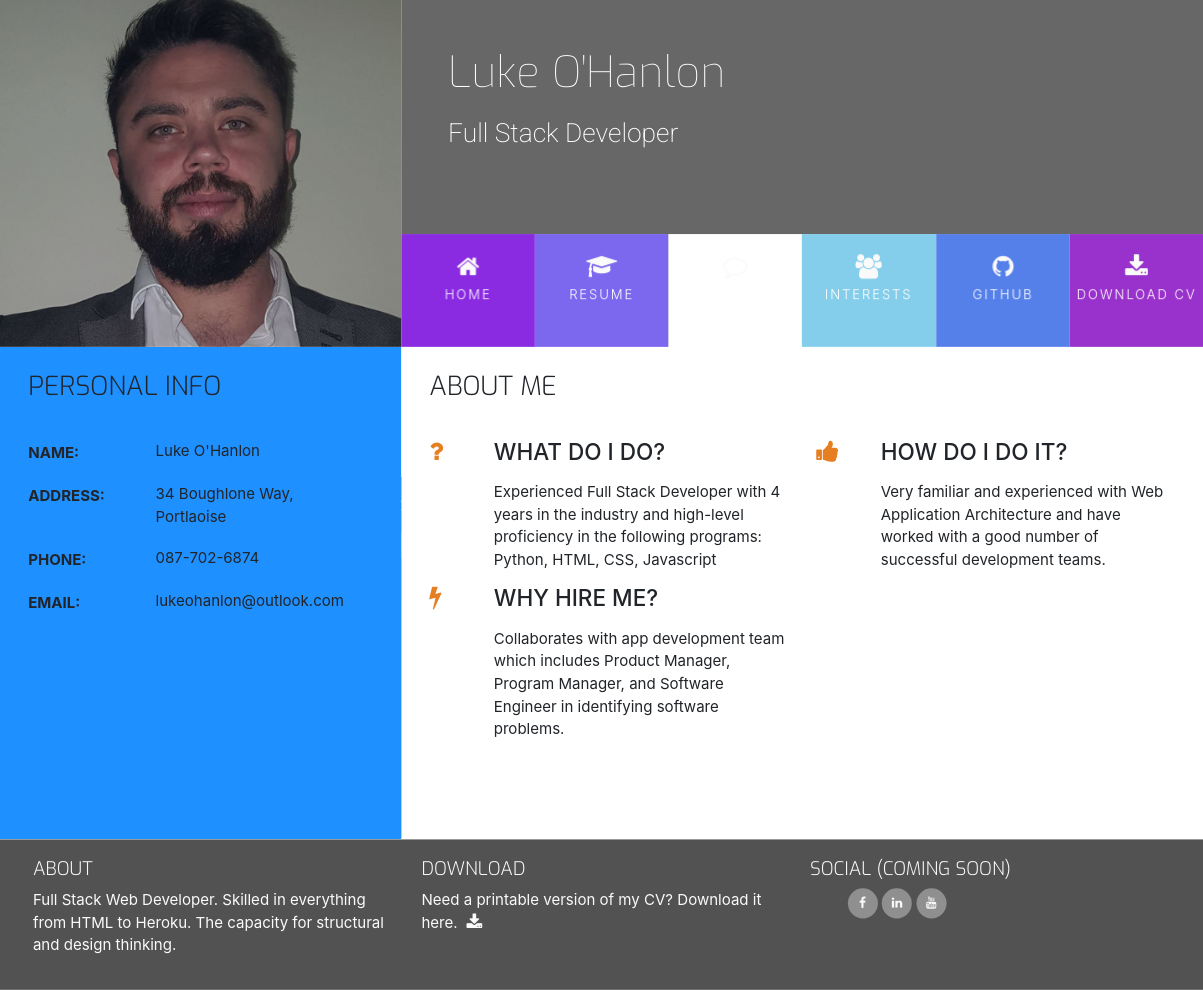
Repository: luke0han/my-resume
Page: index.html
The author's editor kept a record of every edit. The page is drawn from the files as they stood at one moment, then again after the next edit.
The browser window is 1280 px wide. The pictures show the whole page, at 94% of full size.

Above is the page before.

After the next edit:
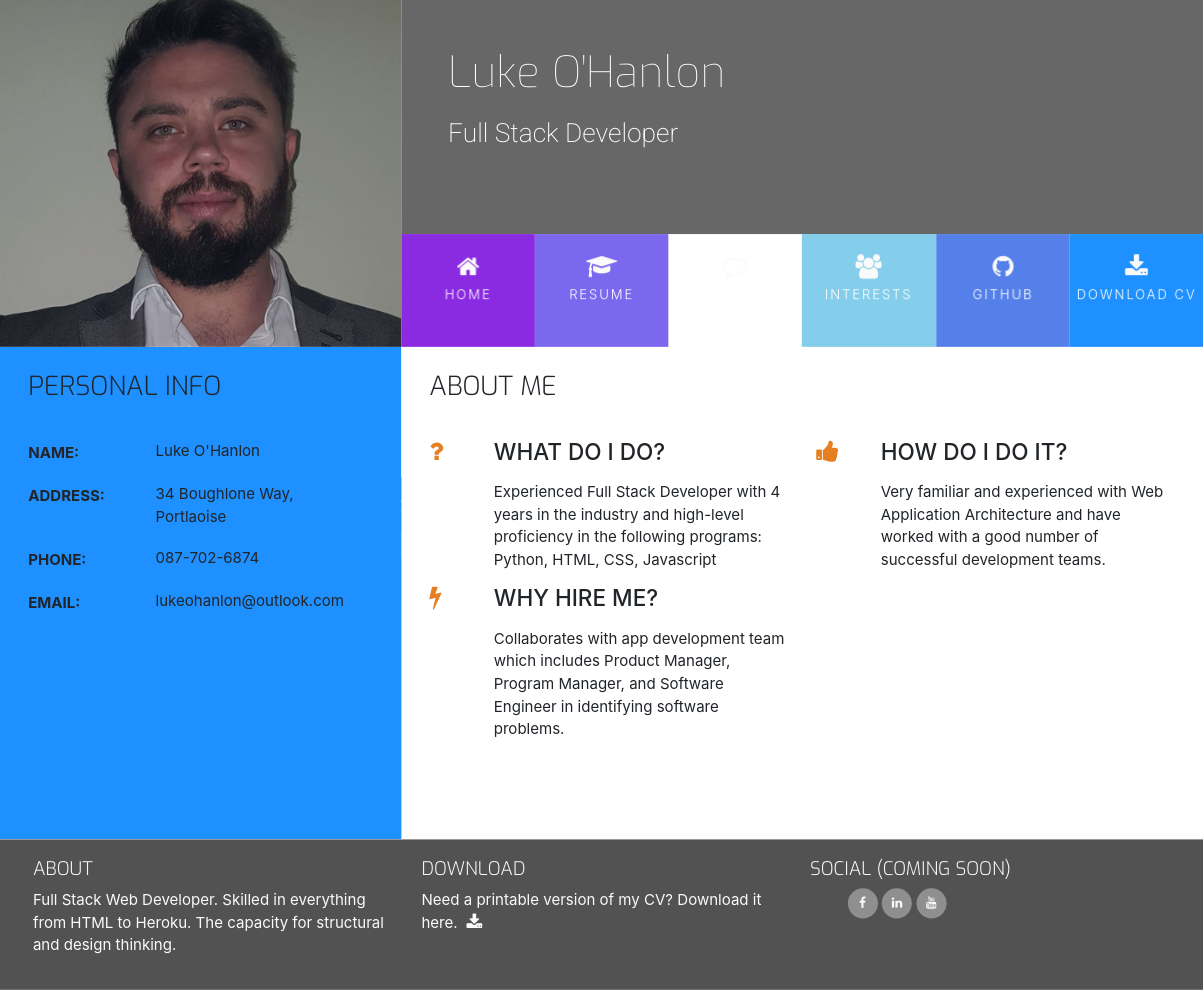
The edit:
--- a/assets/css/style.css
+++ b/assets/css/style.css
@@ -21,7 +21,7 @@
 }
 
 .ui-menu-color-download {
-    background-color: #9932CC;
+    background-color: #1E90FF;
 }
 
 .bg-color-personal-info {
